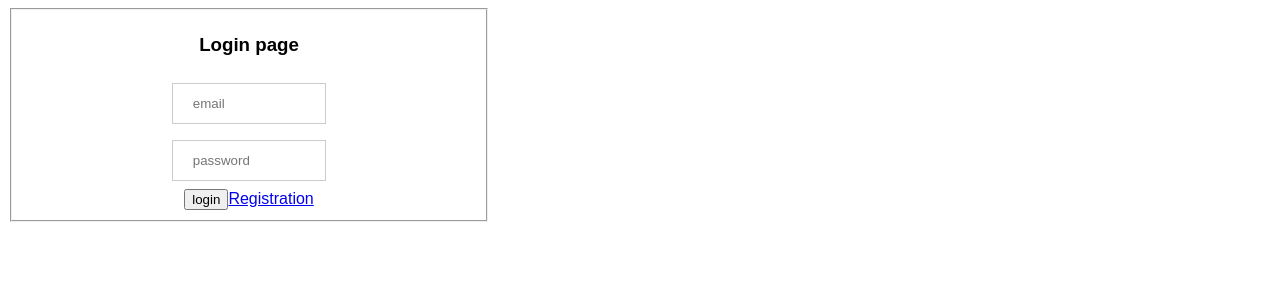
Repository: mugdha97/JSPServlet
Page: http://localhost/loginPage/login.jsp
The author's editor kept a copy of each file at every save. The page is drawn from the files as they stood at one save, then again after the next save.
The browser window is 1280 px wide. The pictures show the whole page.
The page is served by Tomcat 9. Other server files are loaded and not shown.

Above is the page before, as saved 2019-10-22 04:51:25.

### loginPage/WebContent/login.jsp
<%@ page language="java" contentType="text/html; charset=UTF-8"
    pageEncoding="UTF-8"%>
<!DOCTYPE html>
<html>
<head>
<meta charset="UTF-8">
<title>Insert title here</title>
<link rel="stylesheet" href="login.css"> <!-- add css files -->
</head>
</head>
<body>
<form action="login" method="post">
		<div style='text-align: center'>
			<fieldset style="width: 450px">
				<h3>Login page</h3>
				<div class="input-group mb-3">
					<div class="input-group-prepend">
						<span class="input-group-text" id="basic-addon1"></span>
					</div>
					<input type="text" class="form-control" name="email"
						placeholder="email" aria-label="email"
						aria-describedby="basic-addon1" required>
				</div>
				<div class="input-group mb-3">
					<div class="input-group-prepend">
						<span class="input-group-text" id="basic-addon1"></span>
					</div>
					<input type="password" class="form-control" name="password"
						placeholder="password" aria-label="password"
						aria-describedby="basic-addon1" required>
				</div>

				<input type="submit" value="login" class="btn btn-dark"><a
					href="register.jsp">Registration</a>
			</fieldset>
		</div>
	</form>
</body>
</html>

### loginPage/WebContent/login.css
body {font-family: Arial, Helvetica, sans-serif;}

/* Full-width input fields */
input[type=text], input[type=password] {
  width: 25%;
  padding: 12px 20px;
  margin: 8px 0;
  display: inline-block;
  border: 1px solid #ccc;

}

/* Set a style for all buttons */
button {
  background-color: #4CAF50;
  color: white;
  padding: 14px 20px;
  margin: 8px 0;
  border: none;
  cursor: pointer;
  width: 25%;
}

button:hover {
  opacity: 0.8;
}

/* Extra styles for the cancel button */


.container {
  padding: 16px;
 border-style: solid;
 width:50%;
}

span.psw {
  float: right;
  padding-top: 16px;
}

/* The Modal (background) */
.modal {
  display: none; /* Hidden by default */
  position: fixed; /* Stay in place */
  z-index: 1; /* Sit on top */
  left: 0;
  top: 0;
  width: 100%; /* Full width */
  height: 100%; /* Full height */
  overflow: auto; /* Enable scroll if needed */
  background-color: rgb(0,0,0); /* Fallback color */
  background-color: rgba(0,0,0,0.4); /* Black w/ opacity */
  padding-top: 60px;
}

/* Modal Content/Box */
.modal-content {
  background-color: #fefefe;
  margin: 5% auto 15% auto; /* 5% from the top, 15% from the bottom and centered */
  border: 1px solid #888;
  width: 80%; /* Could be more or less, depending on screen size */
}

/* The Close Button (x) */
.close {
  position: absolute;
  right: 25px;
  top: 0;
  color: #000;
  font-size: 35px;
  font-weight: bold;
}

.close:hover,
.close:focus {
  color: red;
  cursor: pointer;
}

After the next save:
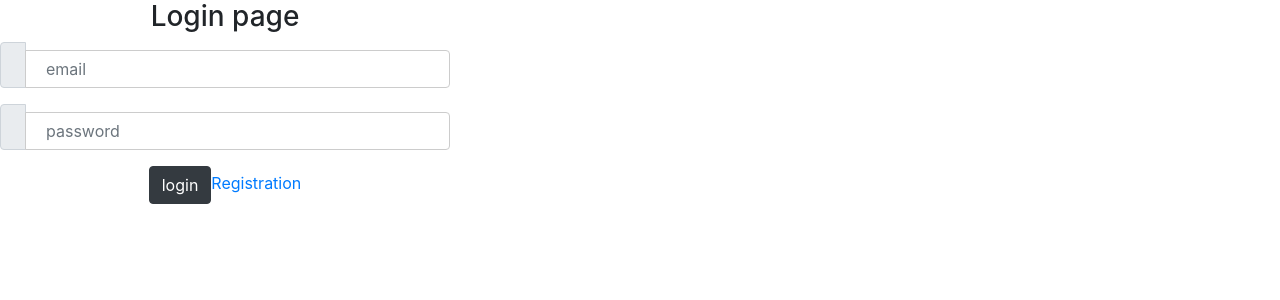
Saved 34 s later.
--- a/loginPage/WebContent/login.jsp
+++ b/loginPage/WebContent/login.jsp
@@ -6,8 +6,16 @@
 <meta charset="UTF-8">
 <title>Insert title here</title>
 <link rel="stylesheet" href="login.css"> <!-- add css files -->
+<link rel="stylesheet"
+	href="https://maxcdn.bootstrapcdn.com/bootstrap/4.3.1/css/bootstrap.min.css">
+<script
+	src="https://ajax.googleapis.com/ajax/libs/jquery/3.4.1/jquery.min.js"></script>
+<script
+	src="https://cdnjs.cloudflare.com/ajax/libs/popper.js/1.14.7/umd/popper.min.js"></script>
+<script
+	src="https://maxcdn.bootstrapcdn.com/bootstrap/4.3.1/js/bootstrap.min.js"></script>
 </head>
-</head>
+
 <body>
 <form action="login" method="post">
 		<div style='text-align: center'>
